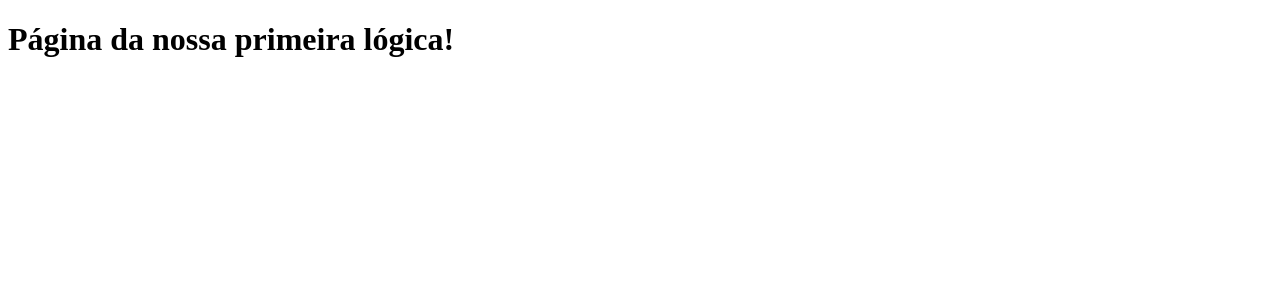
Repository: SebastiaoMartinsPereira/GITJava
Page: http://localhost/fj21_agenda/primeira-logica.jsp
An editor plug-in stored every save of this project. The page is shown before and after the next save, followed by the edit.
The browser window is 1280 px wide. The pictures show the whole page.
The page is served by Tomcat 9. Other server files are loaded and not shown.

Above is the page before, as saved 2015-11-08 12:41:04.

### JAVA EE/fj21_agenda/WebContent/primeira-logica.jsp
<%@ page language="java" contentType="text/html; charset=ISO-8859-1"
    pageEncoding="ISO-8859-1"%>
<!DOCTYPE html PUBLIC "-//W3C//DTD HTML 4.01 Transitional//EN" "http://www.w3.org/TR/html4/loose.dtd">
<html>
	<head>
		<meta http-equiv="Content-Type" content="text/html; charset=ISO-8859-1">
		<title>Insert title here</title>
	</head>
	<body>
		<h1>Página da nossa primeira lógica!</h1>
	</body>
</html>

After the next save:
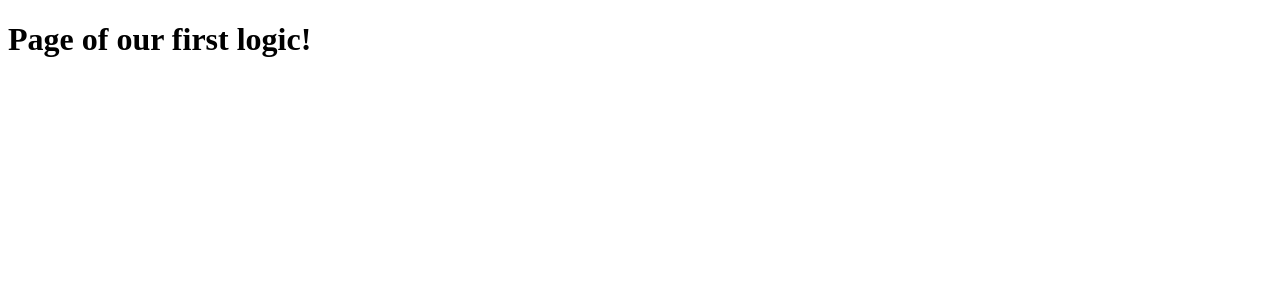
Saved 48 s later.
--- a/JAVA EE/fj21_agenda/WebContent/primeira-logica.jsp
+++ b/JAVA EE/fj21_agenda/WebContent/primeira-logica.jsp
@@ -7,6 +7,6 @@
 		<title>Insert title here</title>
 	</head>
 	<body>
-		<h1>Página da nossa primeira lógica!</h1>
+		<h1>Page of our first logic!</h1>
 	</body>
 </html>
